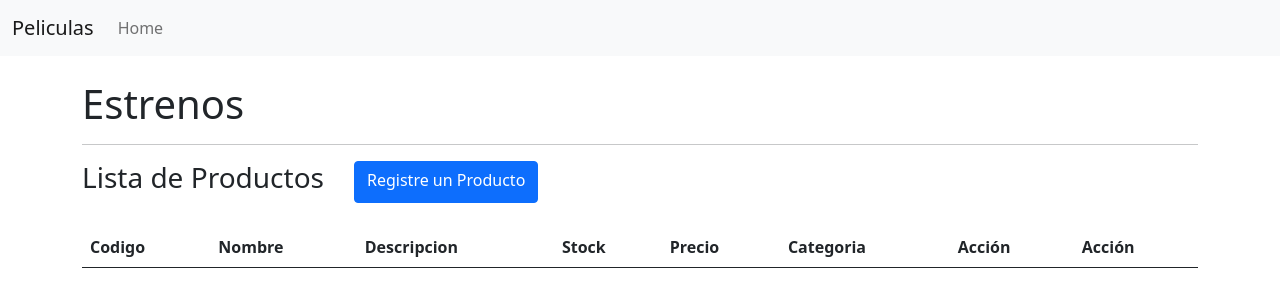
Repository: BrandoCarquinMendocilla/catalogo_peliculas
Page: http://localhost/index
The author's editor kept a copy of each file at every save. The page is drawn from the files as they stood at one save, then again after the next save.
The browser window is 1280 px wide. The pictures show the whole page.
The page is this project's Thymeleaf template; nobody is signed in. The template is opened directly, without the code that normally fills it, so the values that code supplies are empty.

Above is the page before, as saved 2022-06-17 03:02:19.

After the next save:
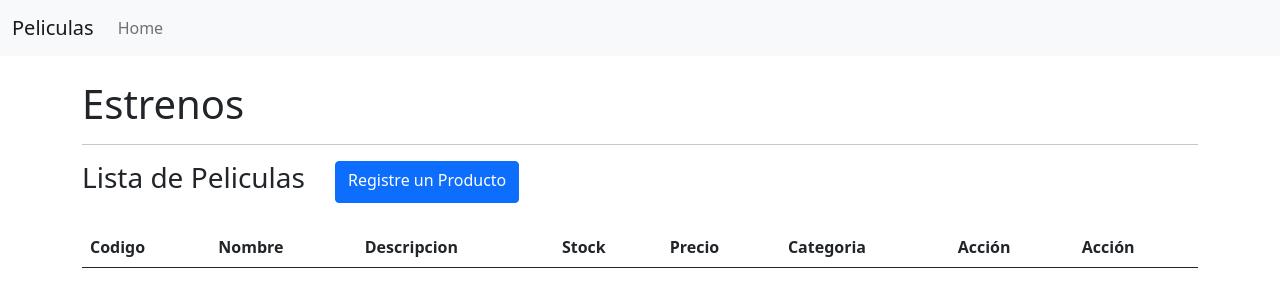
Saved 8 s later.
--- a/pelis-catalogo/src/main/resources/templates/index.html
+++ b/pelis-catalogo/src/main/resources/templates/index.html
@@ -29,7 +29,7 @@
      	<br><h1>Estrenos</h1>
      	<hr>
      	<div style="display: flex; flex-grow: initial;">
-     	<h3 style="padding-right: 30px; ">Lista de Productos</h3>
+     	<h3 style="padding-right: 30px; ">Lista de Peliculas</h3>
      	<a th:href="@{/productos/crear}" class="btn btn-primary"> Registre un Producto</a>
      	</div><br>
      	<!-- Creacion de las tablas productos con Boostrap -->
